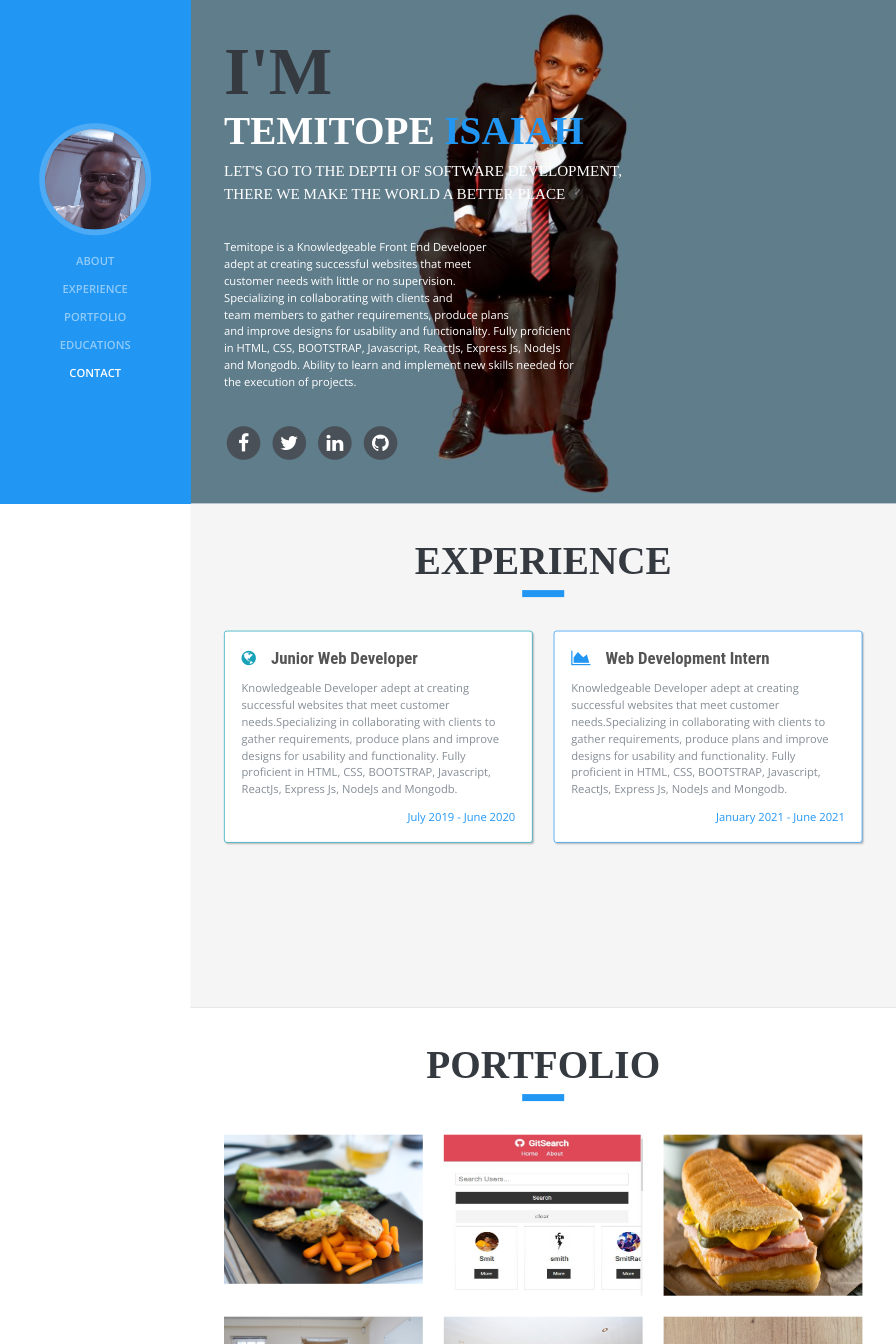
Repository: smit1298/portfolio
Page: index.html
These files come from the project's save history. The page is drawn as it stood at one moment and after a run of saves; the edit follows.
The browser window is 1280 px wide. The pictures show the part of the page from y = 0 to 1920 px (the page is 5025 px tall), at 70% of full size.
Some web fonts or font styles are not loaded; a fallback is used.

Above is the page before, as saved 2022-06-06 11:48:25.

After the next 3 saves:
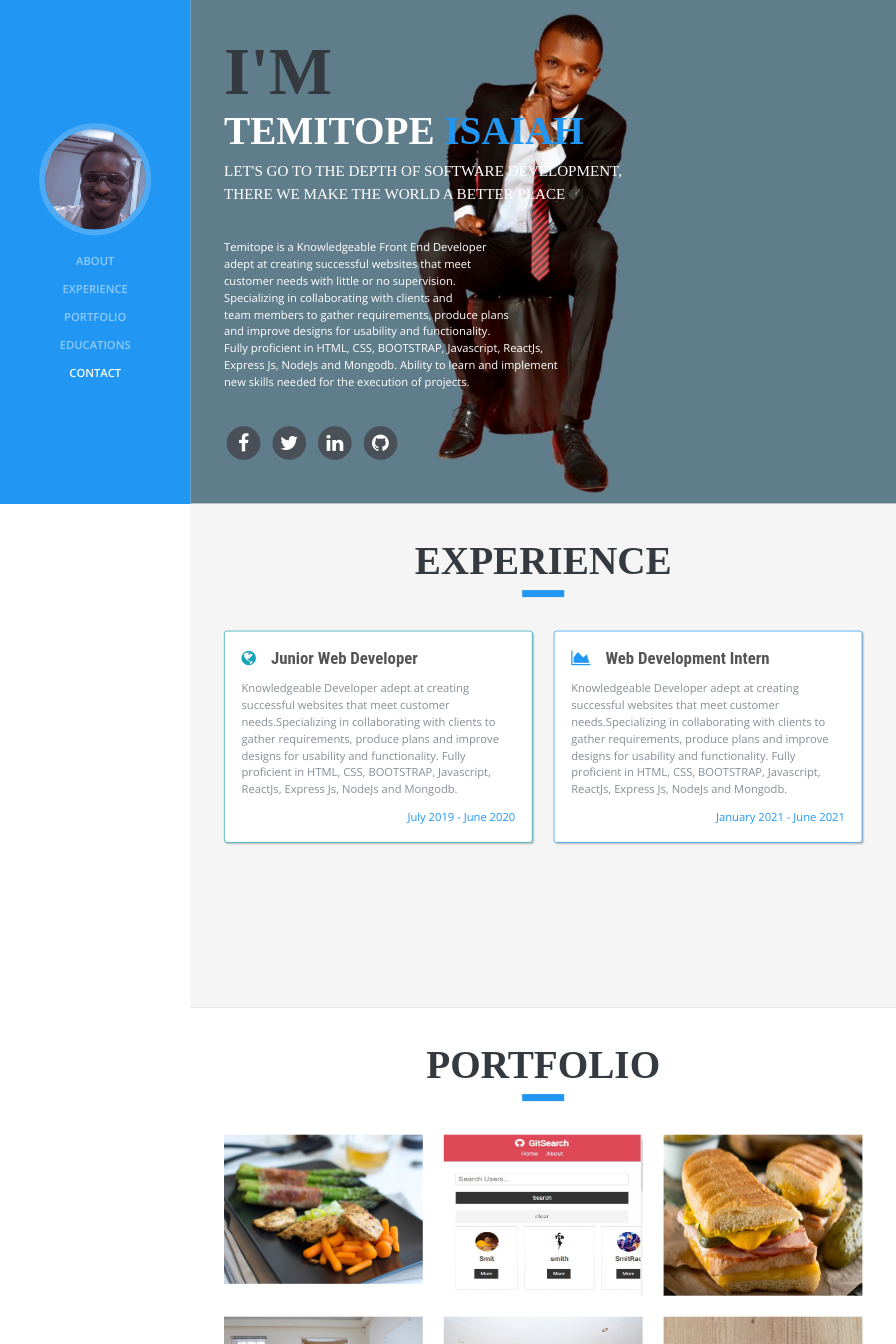
The 3 saves are shown as one change because they came seconds apart.
The last was saved 12 s later.
--- a/index.html
+++ b/index.html
@@ -82,8 +82,7 @@
             customer needs with little or no supervision. <br>
             Specializing in collaborating with clients and <br>
             team members to gather requirements, produce plans <br>
-            and
-            improve designs for usability and functionality. Fully proficient in HTML, CSS, BOOTSTRAP, Javascript,
+            and improve designs for usability and functionality. <br> Fully proficient in HTML, CSS, BOOTSTRAP, Javascript,
             ReactJs, Express
             Js, NodeJs and Mongodb. Ability to learn and implement new skills needed for the execution of projects.
           </span>
